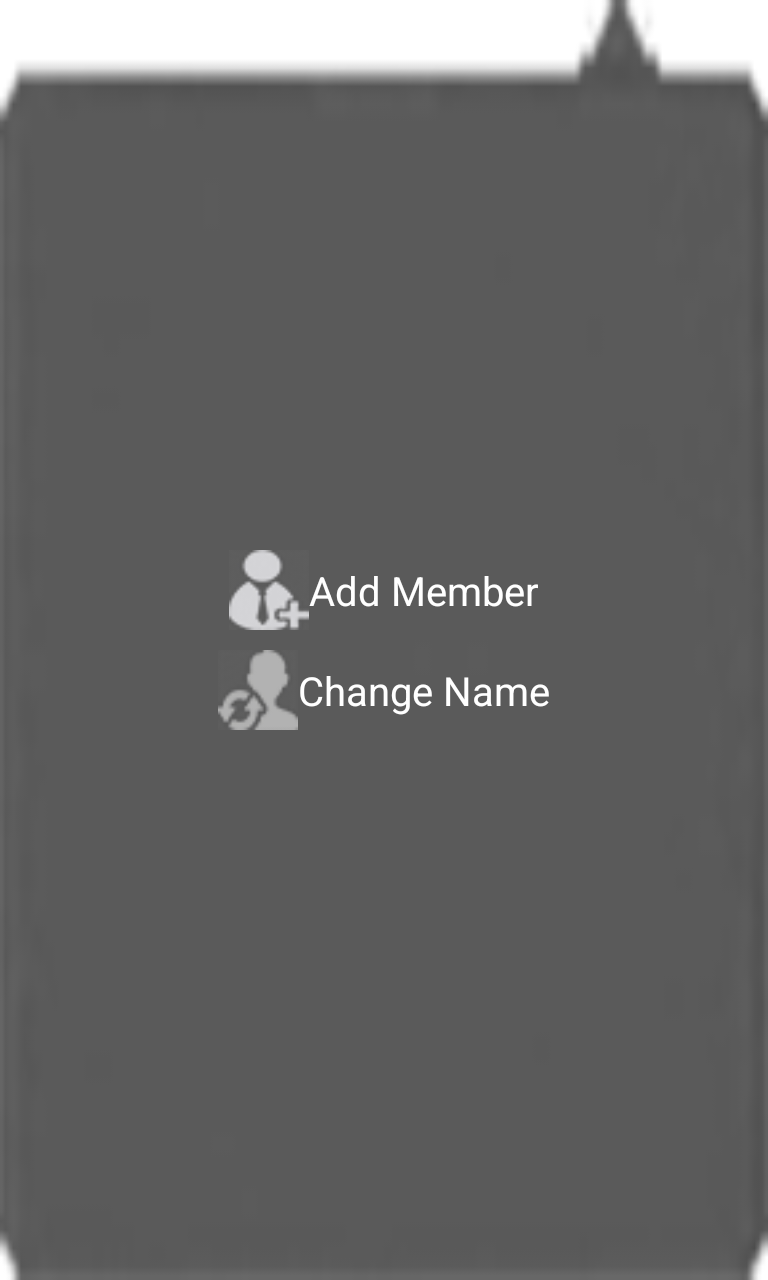
Repository: GitDidNotExitCleanly/FaceLabel
Layout: FaceLabel/res/layout/activity_group_setting_dropdown.xml
The author's editor kept a copy of each file at every save. The layout is drawn from the files as they stood at one save, then again after the next save.
It is drawn on a 768 x 1280 px phone screen (xhdpi) without system bars, with theme AppTheme; the app's code is not run.

Above is the layout before, as saved 2015-05-12 15:13:51.

### FaceLabel/res/layout/activity_group_setting_dropdown.xml
<?xml version="1.0" encoding="utf-8"?>
<LinearLayout xmlns:android="http://schemas.android.com/apk/res/android"
    android:id="@+id/dropdown_layout"
    android:layout_width="wrap_content"
    android:layout_height="wrap_content"
    android:gravity="center"
    android:orientation="vertical"
    android:background ="@drawable/dropdown_menu" >

    <LinearLayout
        android:id="@+id/activity_group_setting_addMissingMember"
        android:layout_width="match_parent"
        android:layout_height="wrap_content"
        android:layout_marginBottom="5dp"
        android:layout_marginLeft="2dp"
        android:layout_marginRight="2dp"
        android:layout_marginTop="5dp"
        android:gravity="center" >

        <ImageView
            android:layout_width="40dp"
            android:layout_height="40dp"
            android:src="@drawable/activity_group_add_member" />

        <TextView
            android:layout_width="wrap_content"
            android:layout_height="wrap_content"
            android:text="Add Member"
            android:textColor="#fff"
            android:textSize="20sp" />
    </LinearLayout>

    <LinearLayout
        android:id="@+id/activity_group_setting_changeName"
        android:layout_width="match_parent"
        android:layout_height="wrap_content"
        android:layout_marginBottom="5dp"
        android:layout_marginLeft="2dp"
        android:layout_marginRight="2dp"
        android:layout_marginTop="5dp"
        android:gravity="center" >

        <ImageView
            android:layout_width="40dp"
            android:layout_height="40dp"
            android:src="@drawable/activity_group_change_name" />

        <TextView
            android:layout_width="wrap_content"
            android:layout_height="wrap_content"
            android:text="Change Name"
            android:textColor="#fff"
            android:textSize="20sp" />

    </LinearLayout>

</LinearLayout>

### FaceLabel/res/values/styles.xml
<resources>

    <!--
        Base application theme, dependent on API level. This theme is replaced
        by AppBaseTheme from res/values-vXX/styles.xml on newer devices.
    -->
    <style name="AppBaseTheme" parent="android:Theme.Light">
        <!--
            Theme customizations available in newer API levels can go in
            res/values-vXX/styles.xml, while customizations related to
            backward-compatibility can go here.
        -->
    </style>

    <!-- Application theme. -->
    <style name="AppTheme" parent="AppBaseTheme">
        <!-- All customizations that are NOT specific to a particular API-level can go here. -->
    </style>

    <style name="PopupMenuAnimation" parent="android:Animation">
        <item name="android:windowEnterAnimation">@anim/slide_up_dialog</item>
        <item name="android:windowExitAnimation">@anim/slide_out_down</item>
	</style>

</resources>

Loaded but not shown: FaceLabel/res/values-v11/styles.xml (common file); FaceLabel/res/values-v14/styles.xml (common file)

After the next save:
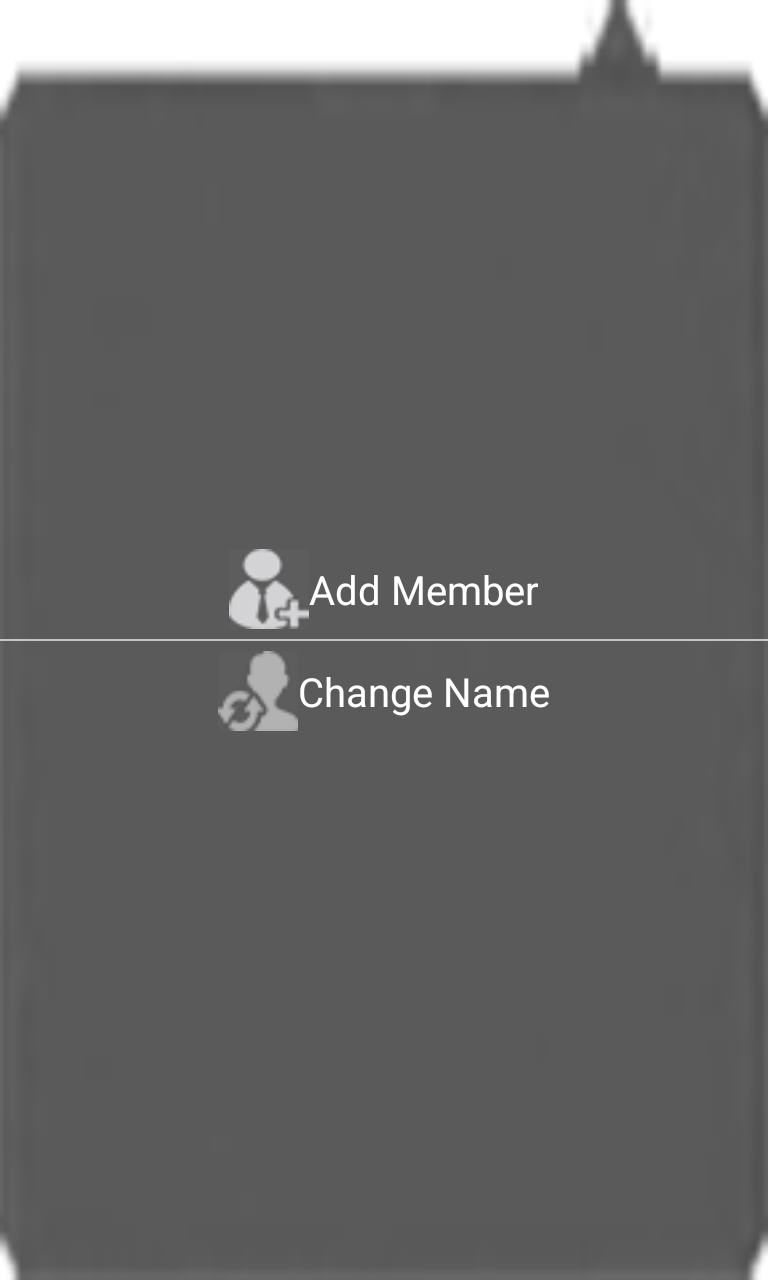
Saved 61 s later.
--- a/FaceLabel/res/layout/activity_group_setting_dropdown.xml
+++ b/FaceLabel/res/layout/activity_group_setting_dropdown.xml
@@ -30,6 +30,11 @@
             android:textSize="20sp" />
     </LinearLayout>
 
+    <View
+		android:layout_width="fill_parent"
+		android:layout_height="1dp"
+		android:background="#C6C6C6"/>
+
     <LinearLayout
         android:id="@+id/activity_group_setting_changeName"
         android:layout_width="match_parent"
